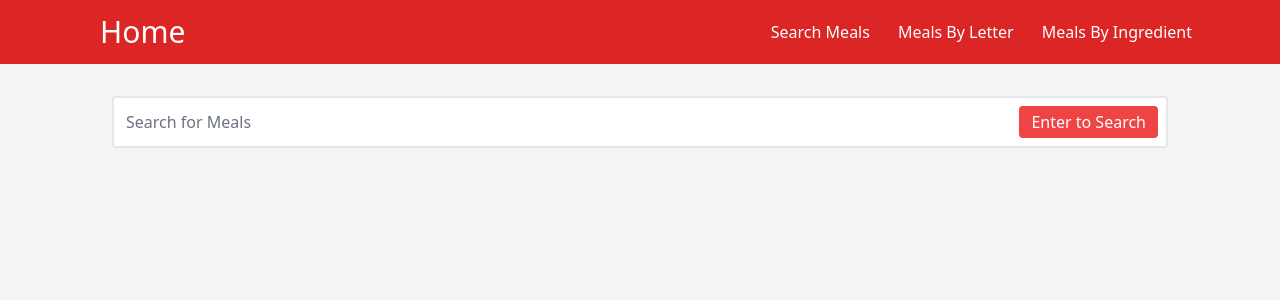
Repository: HalemX/meals
Page: /by-name
An editor plug-in stored every save of this project. The page is shown before and after a run of saves, followed by the edit.
The browser window is 1280 px wide. The pictures show the whole page.
The project was rebuilt for these pictures with package versions that can differ from the ones it lists, and the page was loaded fresh each time. Also part of the build but not shown: vite.config.js, src/pages/home/Home.vue, src/components/layout/GuestLayout.vue, src/components/ui/BaseButtons.vue, src/pages/meals/MealsByIngredient.vue, src/pages/meals/MealsByLetters.vue, src/components/meals_components/MealDetails.vue, src/pages/meals/AllIngredients.vue.

Above is the page before, as saved 2024-02-12 16:36:57.

After the next 2 saves:
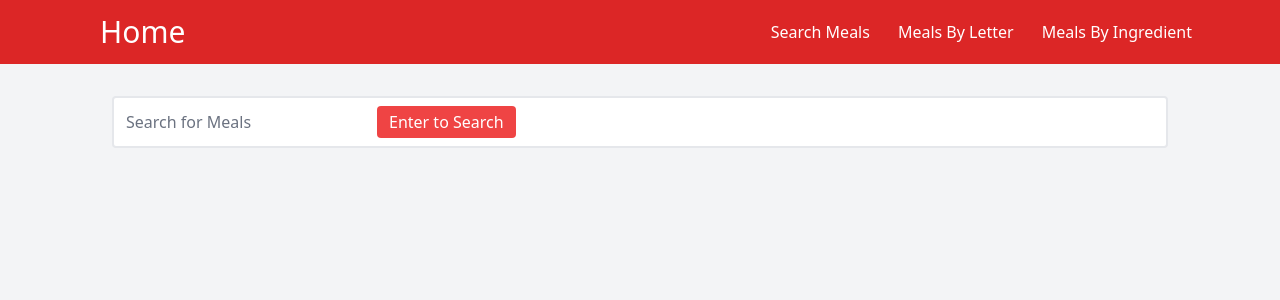
The 2 saves are shown as one change because they came seconds apart.
The last was saved 20 s later.
--- a/src/pages/meals/MealsByName.vue
+++ b/src/pages/meals/MealsByName.vue
@@ -1,9 +1,7 @@
 <template>
   <div class="lg:mx-20">
     <div class="p-8 pb-0">
-      <form
-        class="rounded sm:border-2 sm:border-gray-200 sm:bg-white flex flex-col sm:flex-row"
-      >
+      <form class="rounded sm:border-2 sm:border-gray-200 sm:bg-white">
         <input
           type="text"
           class="rounded border-2 border-gray-200"

After the save that followed:
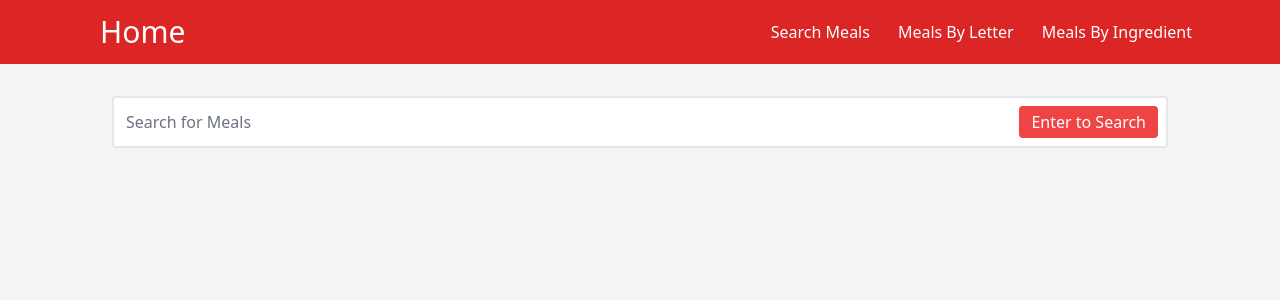
Saved 8 s later.
--- a/src/pages/meals/MealsByName.vue
+++ b/src/pages/meals/MealsByName.vue
@@ -1,7 +1,7 @@
 <template>
   <div class="lg:mx-20">
     <div class="p-8 pb-0">
-      <form class="rounded sm:border-2 sm:border-gray-200 sm:bg-white">
+      <form class="rounded sm:border-2 sm:border-gray-200 sm:bg-white flex">
         <input
           type="text"
           class="rounded border-2 border-gray-200"
